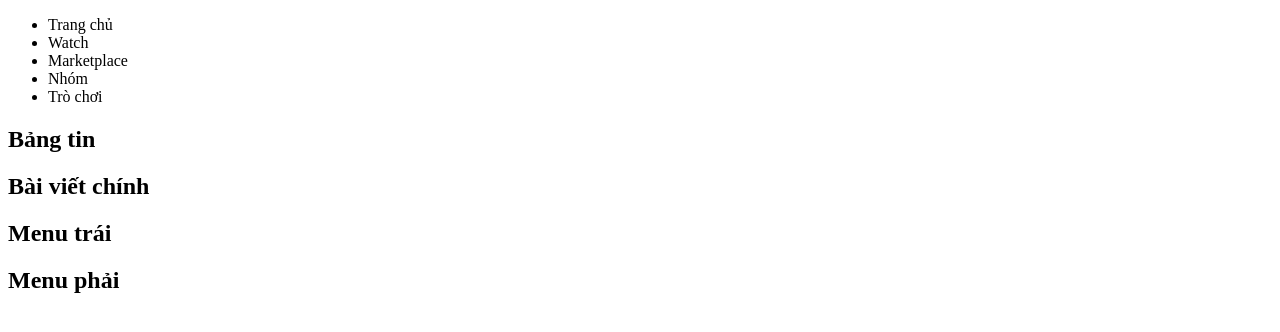
Repository: congle98/CSS_LayoutFacebookCoBan
Page: index.html
The author's editor kept a copy of each file at every save. The page is drawn from the files as they stood at one save, then again after a run of saves.
The browser window is 1280 px wide. The pictures show the whole page.

Above is the page before, as saved 2021-05-26 15:22:30.

### index.html
<!DOCTYPE html>
<html lang="en">
<head>
    <meta charset="UTF-8">
    <meta http-equiv="X-UA-Compatible" content="IE=edge">
    <meta name="viewport" content="width=device-width, initial-scale=1.0">
    <title>Document</title>
    <style>
        body {

        }
    </style>
</head>
<body>
    <header>
        <nav>
            <ul>
                <li>Trang chủ</li>
                <li>Watch</li>
                <li>Marketplace</li>
                <li>Nhóm</li>
                <li>Trò chơi</li>
            </ul>
        </nav>
    </header>
    <section>
        <article>
            <h2>Bảng tin</h2>
        </article>
        <article>
            <h2>Bài viết chính</h2>
        </article>
    </section>
    <div id="sidebar-left">
        <h2>Menu trái</h2>
    </div>
    <div id="sidebar-right">
        <h2>Menu phải</h2>
    </div>
</body>
</html>

After the next 2 saves:
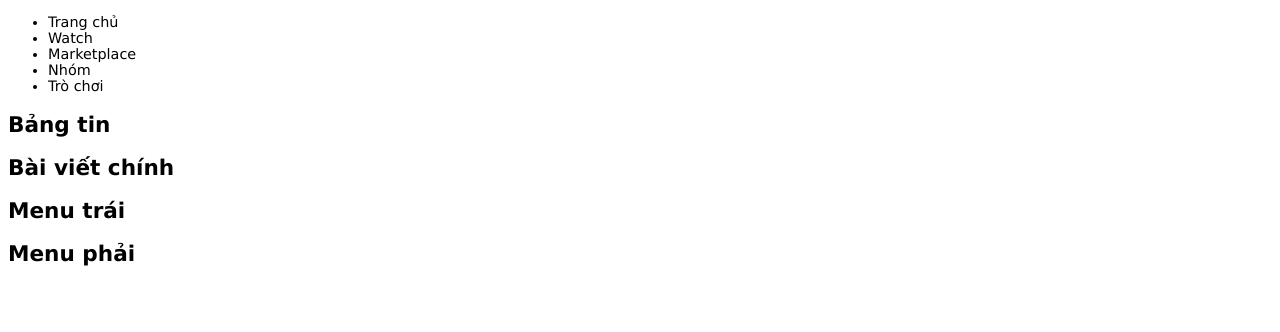
The 2 saves are shown as one change because they came seconds apart.
The last was saved 14 s later.
--- a/index.html
+++ b/index.html
@@ -7,7 +7,8 @@
     <title>Document</title>
     <style>
         body {
-
+            font-family: Verdana,sans-serif;
+            font-size: 0.9em;
         }
     </style>
 </head>
